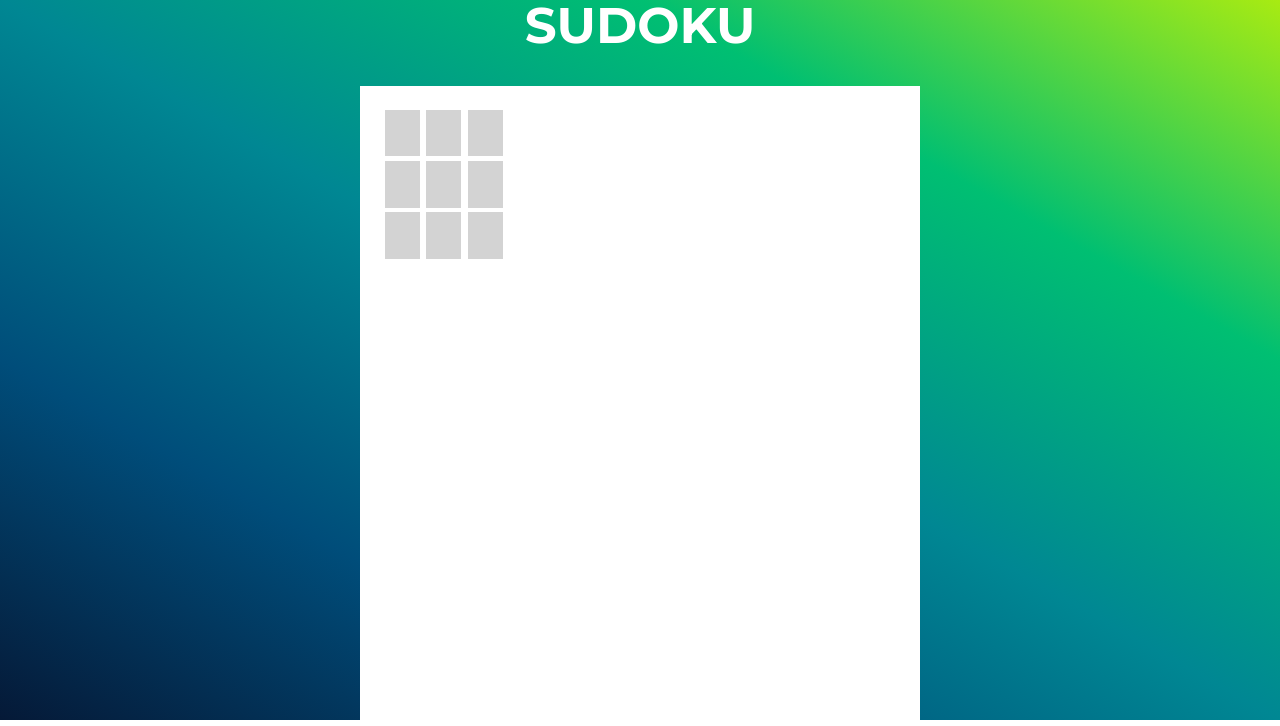
Repository: pattypetrikova/sudoku
Page: index.html
These files come from the project's save history. The page is drawn as it stood at one moment and after the next save; the edit follows.
The browser window is 1280 px wide. The pictures show the whole page.
Some web fonts or font styles are not loaded; a fallback is used.

Above is the page before, as saved 2022-12-30 10:45:01.

After the next save:
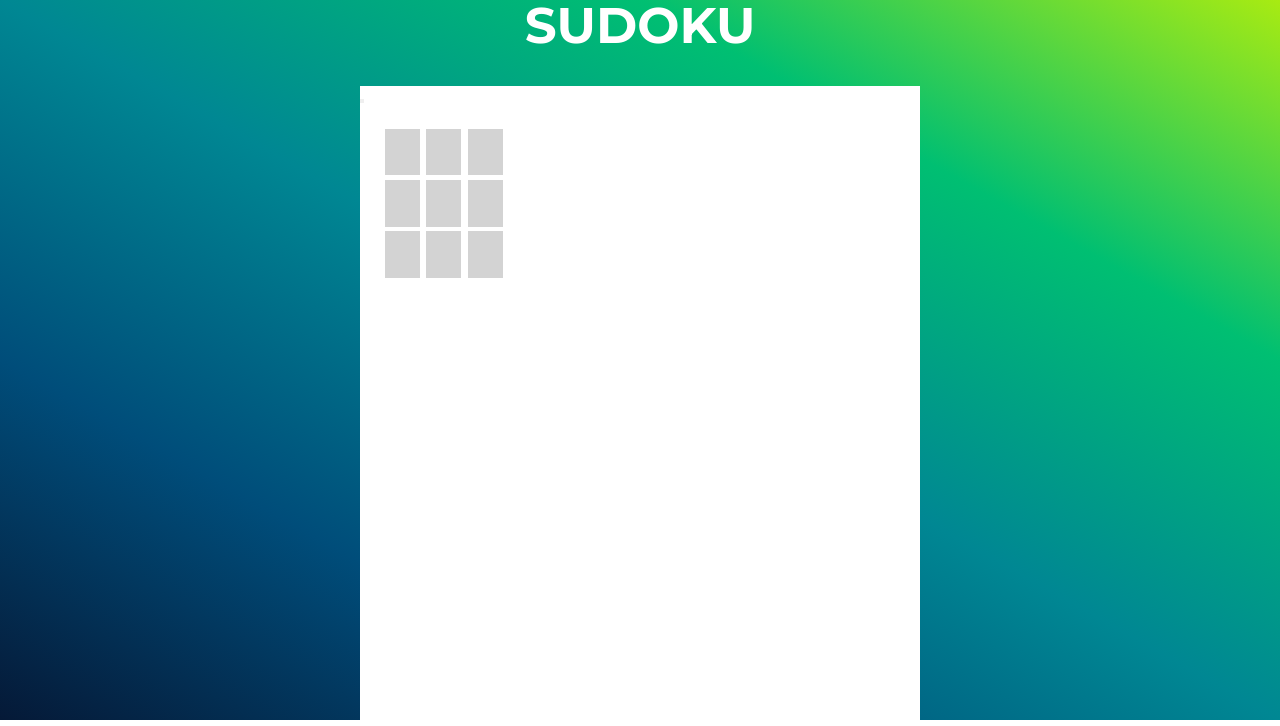
Saved 74 s later.
--- a/index.html
+++ b/index.html
@@ -15,7 +15,10 @@
         <h1 class="title">Sudoku</h1>
         <div class="game">
             <div class="head">
-                <div class="buttons"></div>
+                <div class="buttons">
+                    <button class="start"></button>
+                    <div class="time-couner"></div>
+                </div>
             </div>
             <div class="gameboard">
                 <form class="board-section" action="">
